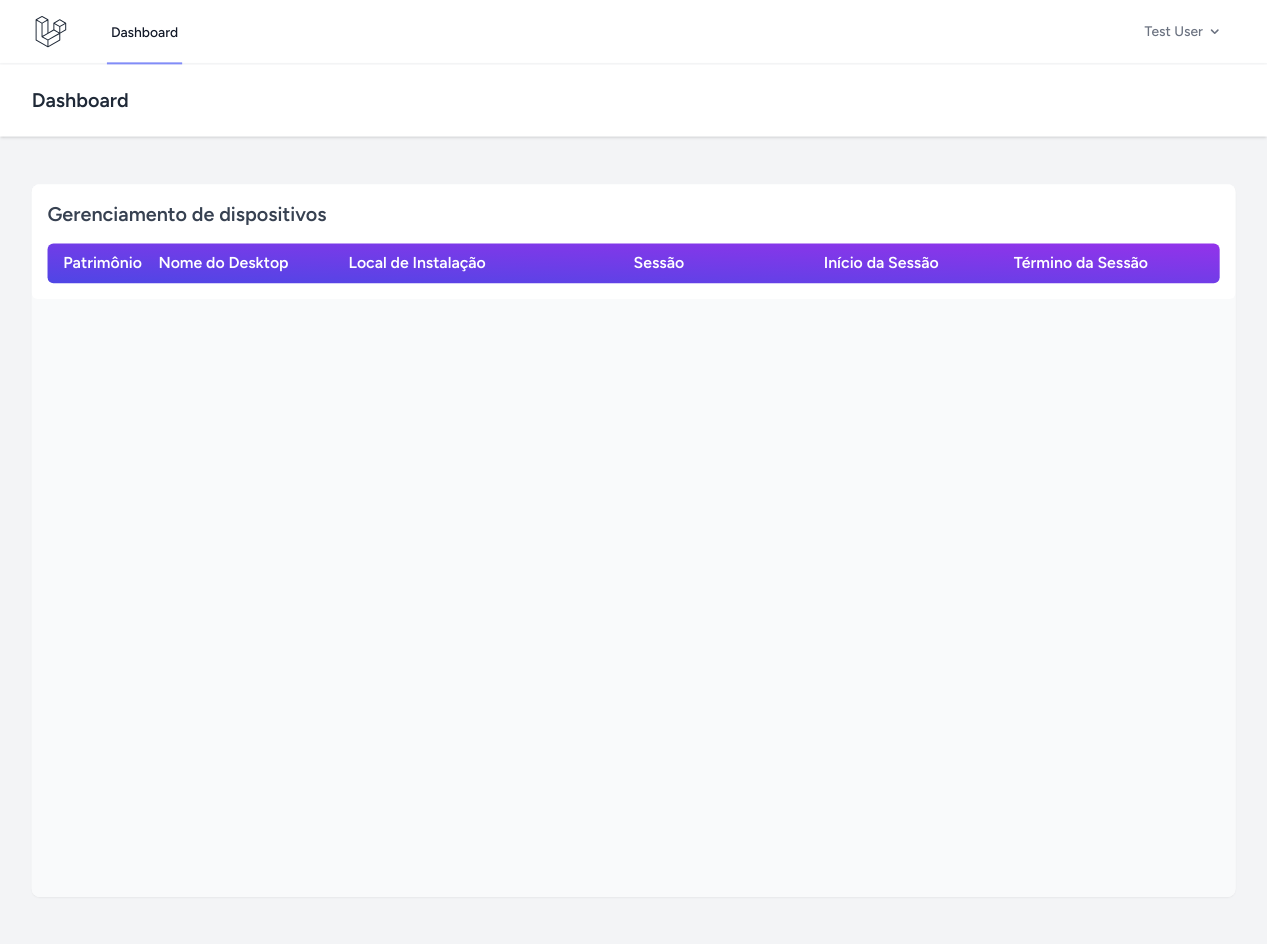
Repository: CrisMorgantee/device-logs
Page: http://localhost/dashboard
The author's editor kept a copy of each file at every save. The page is drawn from the files as they stood at one save, then again after the next save.
The browser window is 1280 px wide. The pictures show the whole page, at 99% of full size.
The page is served by the project's Laravel application, run on PHP 8.4 with Laravel 10. A made-up administrator, Test User (test@example.com), is signed in. Style sheets and scripts are compiled from the project's sources, by tool versions that may differ from the author's. Queries for data that is not in the repository find no rows.

Above is the page before, as saved 2023-04-14 23:13:01.

After the next save:
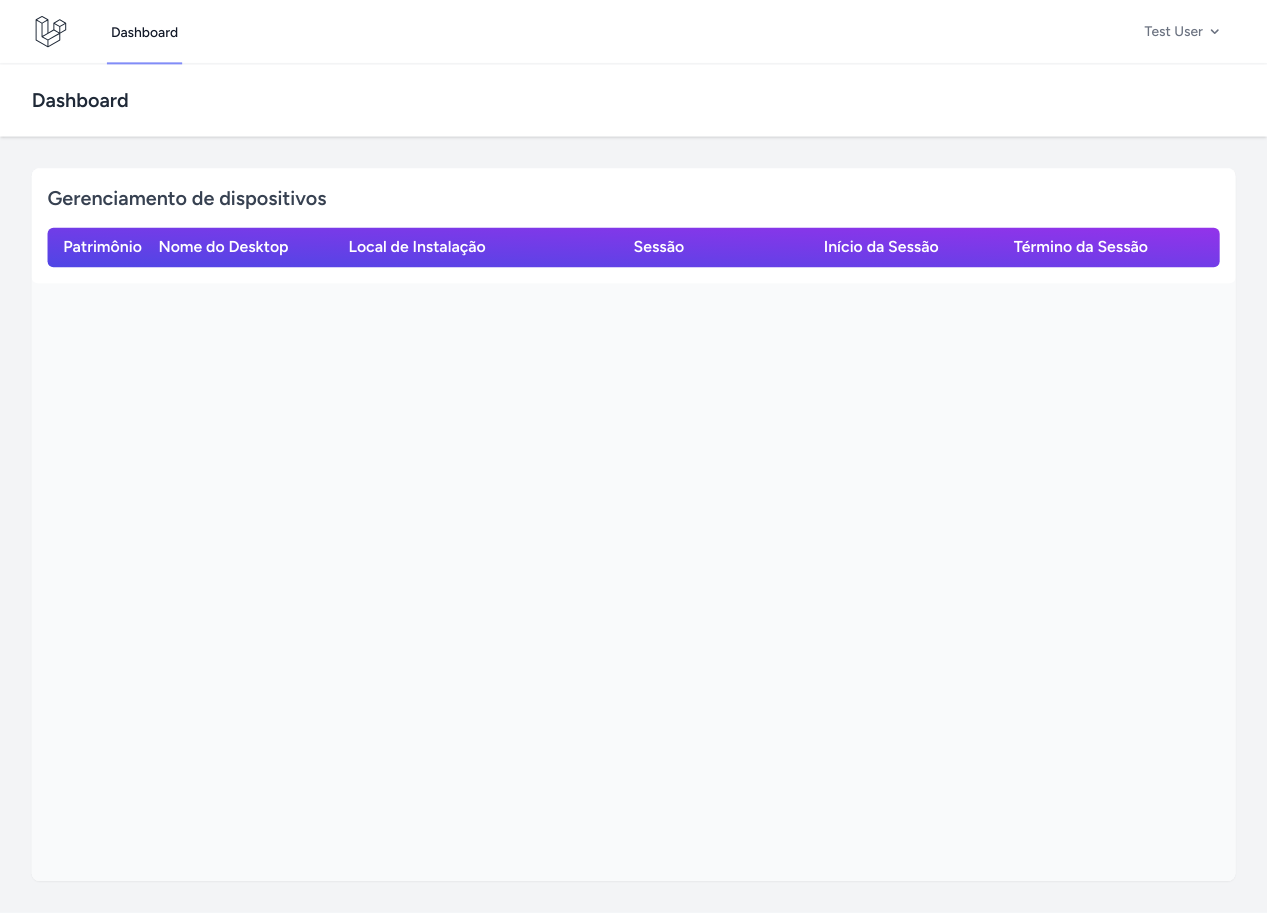
Saved 52 s later.
--- a/resources/views/dashboard.blade.php
+++ b/resources/views/dashboard.blade.php
@@ -5,7 +5,7 @@
     </h2>
   </x-slot>
 
-  <div class="py-12">
+  <div class="py-8">
     <div class="mx-auto max-w-7xl sm:px-6 lg:px-8">
       <div class="overflow-hidden bg-white shadow-sm sm:rounded-lg">
         <div class="min-h-screen bg-gray-50">
